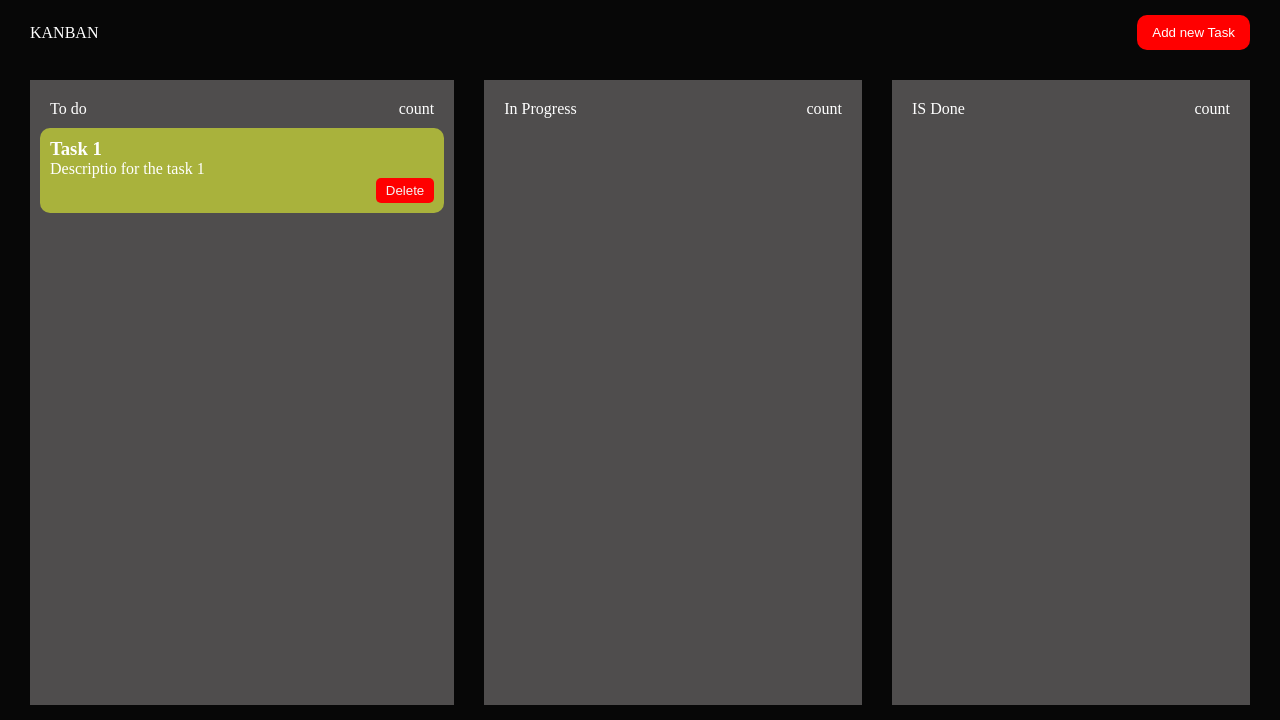
Repository: Sandeepji-5/Kanban-board
Page: index.html
The author's editor kept a copy of each file at every save. The page is drawn from the files as they stood at one save, then again after the next save.
The browser window is 1280 px wide. The pictures show the whole page.

Above is the page before, as saved 2025-12-09 14:34:41.

### index.html
<!DOCTYPE html>
<html lang="en">
<head>
    <meta charset="UTF-8">
    <meta name="viewport" content="width=device-width, initial-scale=1.0">
    <title>Document</title>
    <link rel="stylesheet" href="style.css">
</head>
<body>
    <main>
        <nav>
            <div class="left">KANBAN</div>
            <div class="right"><button id="toggle-modal">Add new Task</button></div>
        </nav>
        <section class="board">
            <div   id="todo" class="task-column">
                <div class="heading">
                    <div class="left">To do </div>
                      <div class="right">count</div>
                </div>
                <div draggable="true" class="task">
                    <h3>Task 1</h3>
                    <p>Descriptio for the task 1 </p>
                    <button>Delete</button>
                </div>
            </div>
            <div id="progress" class="task-column">
                <div class="heading">
                    <div class="left">In Progress</div>
                    <div class="right">count</div>
                </div>

            </div>
            <div  id="done"   class="task-column">
                <div class="heading">
                    <div class="left">IS Done </div>
                    <div class="right"> count</div>
                </div>

            </div>
        </section>


    </main>

    <div class="modal add-new-task">
        <input type="text" placeholder="Task title"/>
        <textarea placeholder="Task Description"></textarea>
        <button id="add-new-task" class="add-task-btn"> Add Task</button>
    </div>
    <script src="kanban.js"></script>
</body>
</html>

### style.css
* {
    margin: 0;
    padding: 0;

    box-sizing: border-box;
}

html,
body {
    width: 100%;
    height: 100%;

}

:root {
    --bg-color: #0000000;
    --bg-button-color: rgb(79, 77, 77);
    --primary-text-color: #f4f4f4;
    --bg-task-color:gray;
    --bg-delete-color:red;



    /* padding 1 rem 2 rem */
    --nav-padding: 15px 30px;
    --section-padding: 15px 30px;
    --padding-s: 5px;
    --padding-m: 10px;
    --padding-l: 15px;
    --padding-xl: 20px;
    --padding-xxl: 30px;


    /* border radius variable  */



    --border-radius-s:5px;
    --border-radius-m:10px;
    --border-radius-l:15px;
    --border-radius-xl:20px;
    --border-radius-xxl:30px;


}

body {
    background-color: rgb(7, 7, 7);
    color: white;
}
main{
    display: flex;
    height: 100%;
    width: 100%;
    flex-direction: column;


}

nav{
    padding: var(--nav-padding);
    display: flex;
    align-items: center;
    justify-content: space-between;

}
nav button{
    background-color: red;
    color: white;
    border: none;
    outline: none;
    padding: var(  --padding-m) var(  --padding-l);
    cursor: pointer;
    border-radius:var(--border-radius-m) ;

}


section{
    padding:var(--section-padding);
    /* height: 100%; */
    display: flex;
    flex-grow: 1;
    justify-content: space-between;

    gap: var(--padding-xxl);

}
section .task-column{
    padding: var(--padding-m);
    background-color: var(--bg-button-color);
    flex-grow: 1  ;
    padding: var(--padding-m)  ;
    display: flex;
    flex-direction: column;
    transition: all 0.7s cubic-bezier(0.19, 1, 0.22, 1);




}
section .task-column.hover-over {
     border: 2px dashed rgb(247, 246, 246);
    transform: scale(1.05);
}
section .task-column .heading{
    display: flex;
    justify-content: space-between ;
    padding: var(--padding-m);
}


section .task-column  .task{

    display: flex;
    flex-direction: column;
    padding: var(--padding-m);
    border-radius: var(--border-radius-m);
    /* background-color: var(--bg-task-color); */
     background-color:rgba(196, 209, 55, 0.763);


}

section .task-column .task button{
    align-self: flex-end;
    cursor: pointer;
    padding: var(--padding-s) var(--padding-m);
    border-radius: var(--border-radius-s);
    border: none;
    outline: none;
    background-color: var(--bg-delete-color);
    color: var(--primary-text-color)  ;
}

.modal{
    display: none;
    position: fixed;
    top: 0;
    flex-direction: column;
    align-items: center;
    justify-content: center;
    width: 100%;
    height: 100%;
    gap:var(--space-lg);
    backdrop-filter: blur(4px);
    background-color: blueviolet;
}
.modal.active{
    display: flex;
}

### kanban.js
const todo = document.querySelector('#todo');
const progress = document.querySelector('#progress')
const done = document.querySelector('#done');
const tasks = document.querySelectorAll('.task');
let draggedElement = null;

tasks.forEach(task => {
    task.addEventListener("drag", () => {

        draggedElement = task;
    })
})

// progress.addEventListener('dragenter',(e)=>{
//     progress.classList.add('hover-over');
// })


// progress.addEventListener('dragleave', (e)=>{
//     progress.classList.remove('hover-over');
// })


function addDragEventsOnColumn(column) {

    column.addEventListener('dragenter', (e) => {
        e.preventDefault();
        column.classList.add('hover-over');
    });

    column.addEventListener('dragleave', (e) => {
        e.preventDefault();
        column.classList.remove('hover-over');
    })

    column.addEventListener("dragover", (e) => {
        e.preventDefault();
    })

    column.addEventListener('drop', (e) => {

        column.appendChild(draggedElement)
        console.log("draggedElement", draggedElement, column);
        column.classList.remove('hover-over')
         e.preventDefault();
    })

}

addDragEventsOnColumn(todo);
addDragEventsOnColumn(progress)
addDragEventsOnColumn(done)






const toggleModal = document.querySelector('#toggle-modal');
const modal = document.querySelector('.modal')
const addTaskbtn = document.querySelector('.add-task-btn')



toggleModal.addEventListener('click',()=>{
modal.classList.add('active');
})

addTaskbtn.addEventListener('click', ()=>{
    modal.classList.remove('active');
})

After the next save:
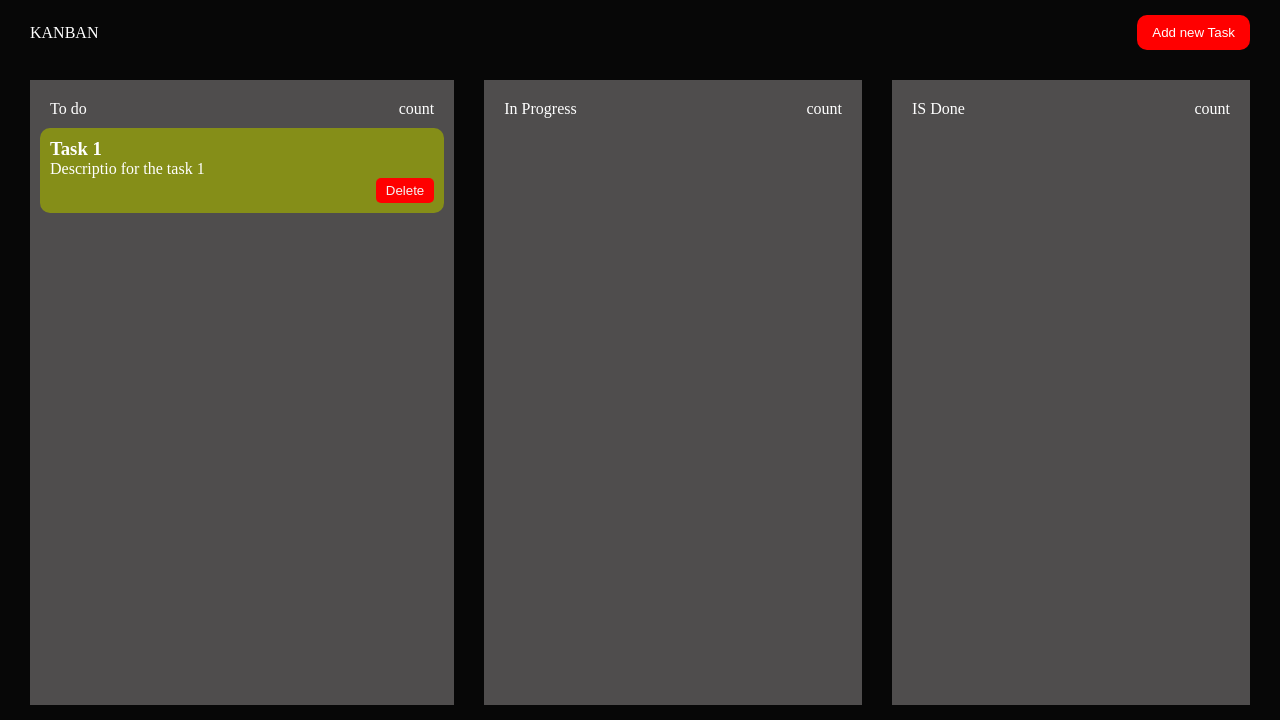
Saved 5 s later.
--- a/style.css
+++ b/style.css
@@ -117,7 +117,7 @@ section .task-column  .task{
     padding: var(--padding-m);
     border-radius: var(--border-radius-m);
     /* background-color: var(--bg-task-color); */
-     background-color:rgba(196, 209, 55, 0.763);
+     background-color:rgba(150, 163, 8, 0.763);
 
 
 }
